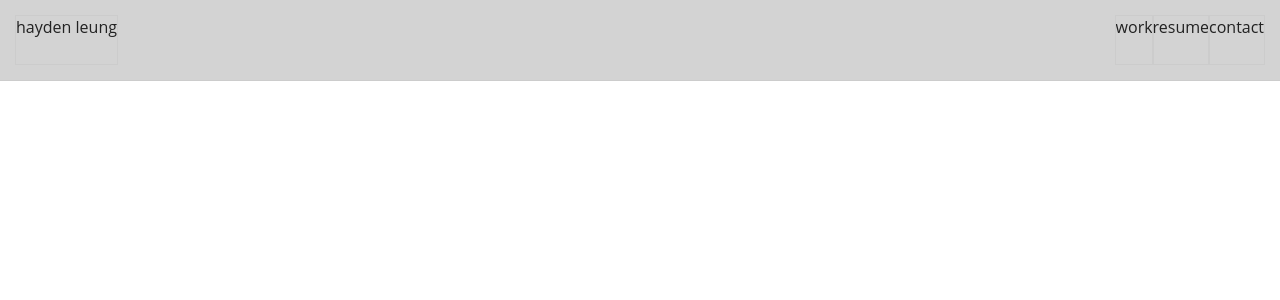
Repository: Haydenleung/Artifact
Page: /
These files come from the project's save history. The page is drawn as it stood at one moment and after the next save; the edit follows.
The browser window is 1280 px wide. The pictures show the whole page.
The project was rebuilt for these pictures with package versions that can differ from the ones it lists, and the page was loaded fresh each time. The framework's server and built-in components were replaced by stand-ins that run in the browser. Also part of the build but not shown: next.config.mjs.

Above is the page before, as saved 2024-01-26 22:09:42.

### src/pages/index.tsx
import Image from "next/image";
import Navbar from "@/components/Navbar";

export default function Home() {
  return (
    <main className={"page"}>
      <Navbar />
    </main>
  )
}

### src/styles/globals.css
/* ==========================================================================
    [Table of contents]

    1. BASE
        1.1 Page Rendering Defaults
        1.2 Core Styling
        1.3 Typography
    2. LAYOUT
        2.1 Core Layout
        2.2 Small only
        2.3 medium and up
        2.4 Medium only
        2.5 large screens and up
    3. UTILITY classes
    4. PRINT

    ========================================================================== */

/* ==========================================================================
   BASE
   ========================================================================== */

/* 1.1 Page Rendering Defaults */

html {
  color: #222;
  font-size: 1em;
}

::-moz-selection {
  background: #b3d4fc;
  text-shadow: none;
}

::selection {
  background: #b3d4fc;
  text-shadow: none;
}

audio,
canvas,
iframe,
i,
img,
svg,
video {
  vertical-align: middle;
}

fieldset {
  border: 0;
  margin: 0;
  padding: 0;
}

textarea {
  resize: vertical;
}

/* 1.2 Core Styling */

/* refer to https://css-tricks.com/box-sizing/ */

*,
*:before,
*:after {
  box-sizing: border-box;
}

img {
  width: 100%;
}

/* 1.3 Typgraphy */

@import url('https://fonts.googleapis.com/css2?family=Open+Sans:ital,wght@0,300;0,400;0,500;0,600;0,700;0,800;1,300;1,400;1,500;1,600;1,700;1,800&display=swap');

h1,
h2,
h3,
h4,
h5,
h6 {
  font-weight: 400;
  text-align: center;
  margin: 0;
}

h1 {
  font-size: 24pt;
  font-weight: 200;
}

h2 {
  font-size: 16pt;
}

h4 {
  font-size: 9pt;
}

h5 {
  font-size: 8pt;
}

* {
  font-family: 'Open Sans', sans-serif;
}


/* ==========================================================================
 2. LAYOUT
 ========================================================================== */

/* Helper to display empty layout containers*/

div,
main,
section,
footer,
header {
  outline: 1px solid #ccc;
}

body {
  padding: 0;
  margin: 0;
}

/* 2.1 Core layout */

.row {
  display: grid;
  row-gap: 1rem;
}

.col {
  position: relative;
}

.page {
  display: flex;
  flex-direction: column;
  justify-content: center;
  align-items: center;
}


/* Navbar */

/* 2.2 Small only */

@media screen and (max-width: 39.9375em) {}

/* 2.3 medium and up */

@media screen and (min-width: 40em) {}

/* 2.4 Medium only */

@media screen and (min-width: 40em) and (max-width: 63.9375em) {}

/* 2.5 large screens and up 2.6 Large only */

/* @media screen and (min-width: 64em) {

} */

### src/components/Navbar/index.tsx
import styles from './navbar.module.css'
import Image from 'next/image'
import Link from 'next/link'

export default function Navbar() {
    return (
        <div className={styles.container}>
            <div className={styles.logo}>hayden leung</div>
            <div className={styles.pages}>
                <div>work</div>
                <div>resume</div>
                <div>contact</div>
            </div>
        </div>
    )
}

### src/components/Navbar/navbar.module.css
.container {
    background-color: lightgrey;
    padding: 0.5rem;
    width: 100%;
    height: 5rem;
    padding: 1rem;
    display: flex;
    flex-direction: row;
    justify-content: space-between;
}

.logo {}

.pages {
    display: flex;
    flex-direction: row;
}

Loaded but not shown: src/pages/_app.tsx (common file); src/pages/_document.tsx (common file)

After the next save:
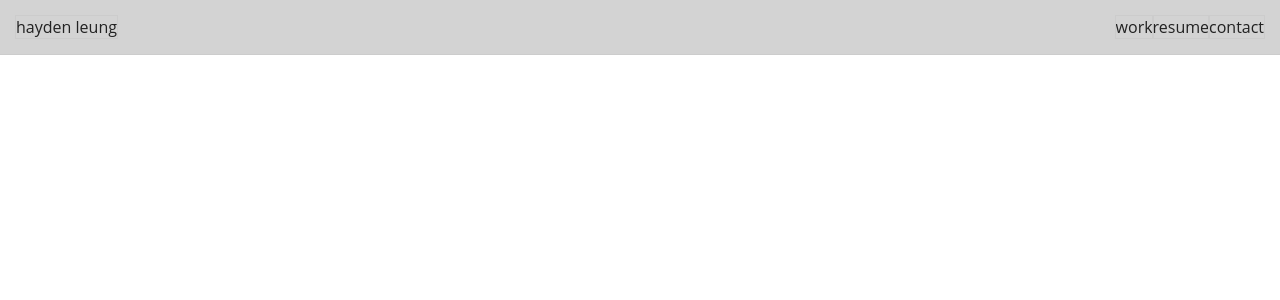
Saved 32 min 46 s later.
--- a/src/components/Navbar/navbar.module.css
+++ b/src/components/Navbar/navbar.module.css
@@ -2,7 +2,6 @@
     background-color: lightgrey;
     padding: 0.5rem;
     width: 100%;
-    height: 5rem;
     padding: 1rem;
     display: flex;
     flex-direction: row;
